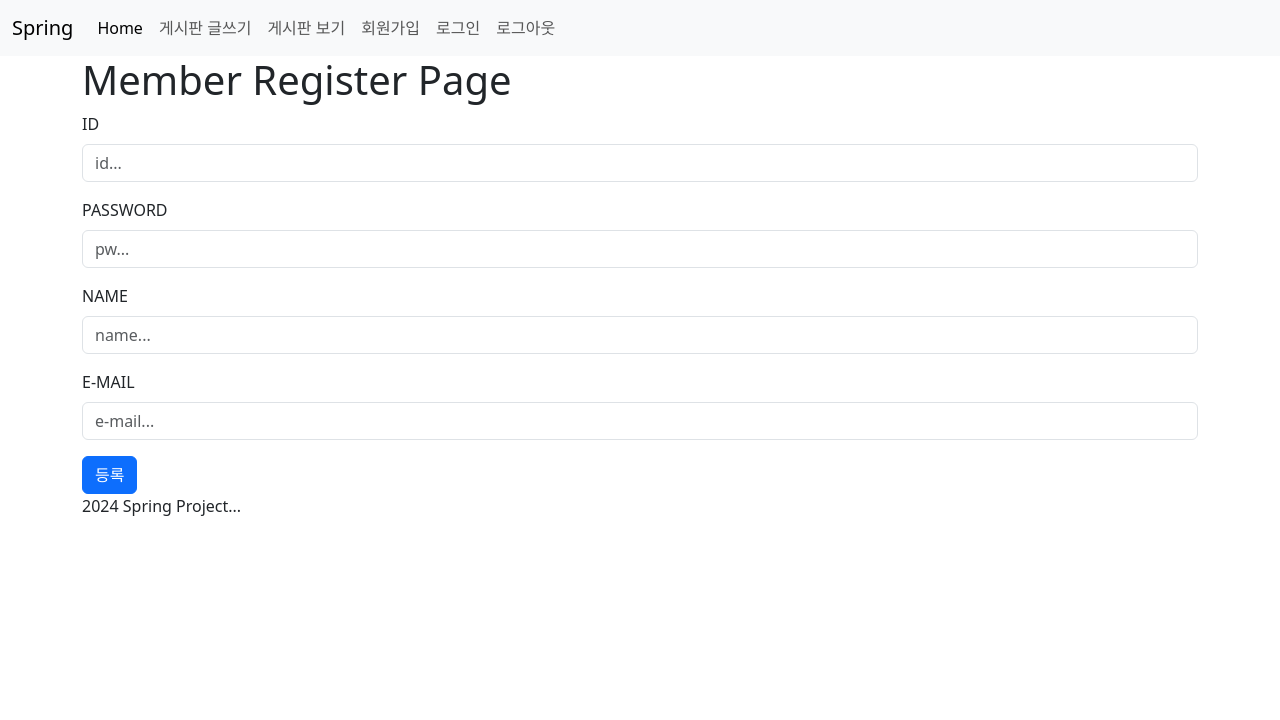
Repository: wanted2001/jsp_project
Page: http://localhost/spring_study/WEB-INF/views/member/register.jsp
These files come from the project's save history. The page is drawn as it stood at one moment and after a run of saves; the edit follows.
The browser window is 1280 px wide. The pictures show the whole page.
The page is served by Tomcat 9. Nobody is signed in. The template is opened directly, without the code that normally fills it, so the values that code supplies are empty.

Above is the page before, as saved 2024-04-25 05:52:15.

After the next 2 saves:
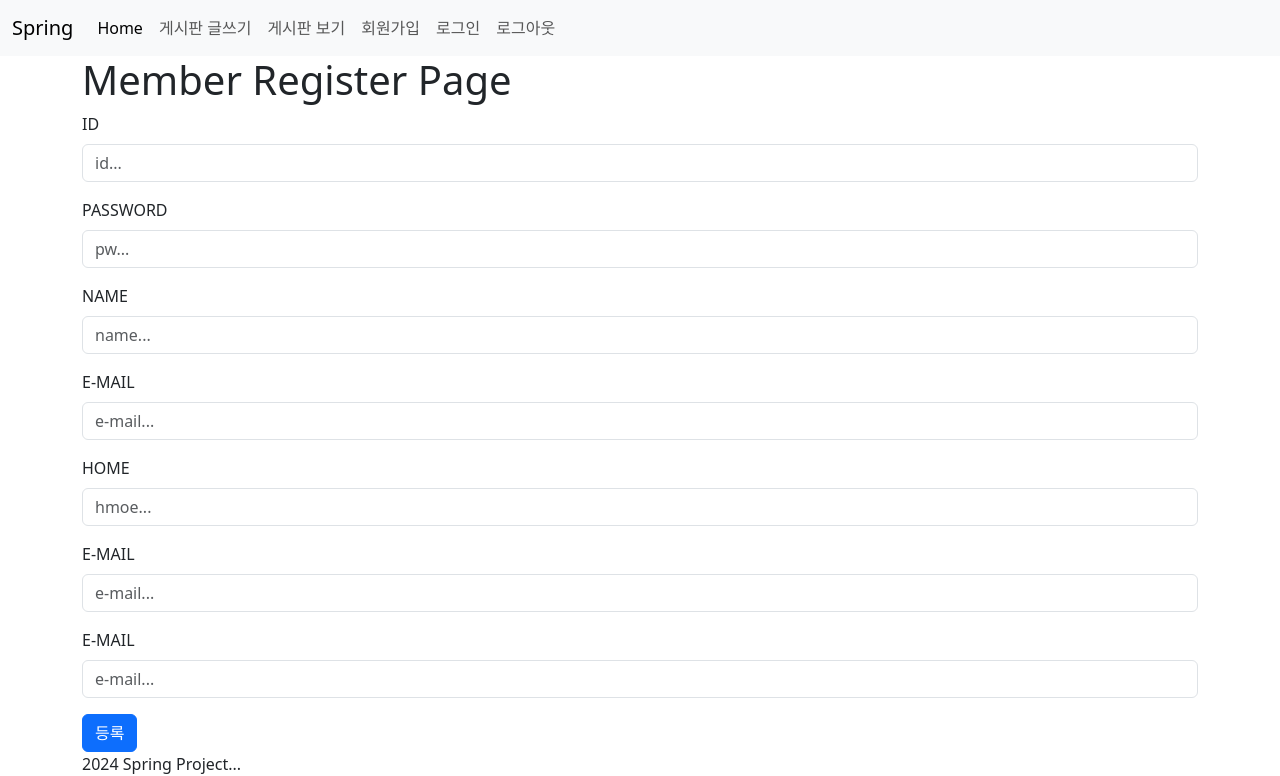
The 2 saves are shown as one change because they came seconds apart.
The last was saved 39 s later.
--- a/spring_study/src/main/webapp/WEB-INF/views/member/register.jsp
+++ b/spring_study/src/main/webapp/WEB-INF/views/member/register.jsp
@@ -18,8 +18,21 @@
 		</div>
 		<div class="mb-3">
 	  		<label for="e" class="form-label">E-MAIL</label>
+	  		<input type="text" class="form-control" name="email" id="e" placeholder="e-mail...">
+		</div>
+		<div class="mb-3">
+	  		<label for="e" class="form-label">HOME</label>
+	  		<input type="text" class="form-control" name="home" id="h" placeholder="hmoe...">
+		</div>
+		<div class="mb-3">
+	  		<label for="e" class="form-label">E-MAIL</label>
 	  		<input type="text" class="form-control" name="e" id="e" placeholder="e-mail...">
 		</div>
+		<div class="mb-3">
+	  		<label for="e" class="form-label">E-MAIL</label>
+	  		<input type="text" class="form-control" name="e" id="e" placeholder="e-mail...">
+		</div>
+
 
 		<button type="submit" class="btn btn-primary">등록</button>
 	</form>
